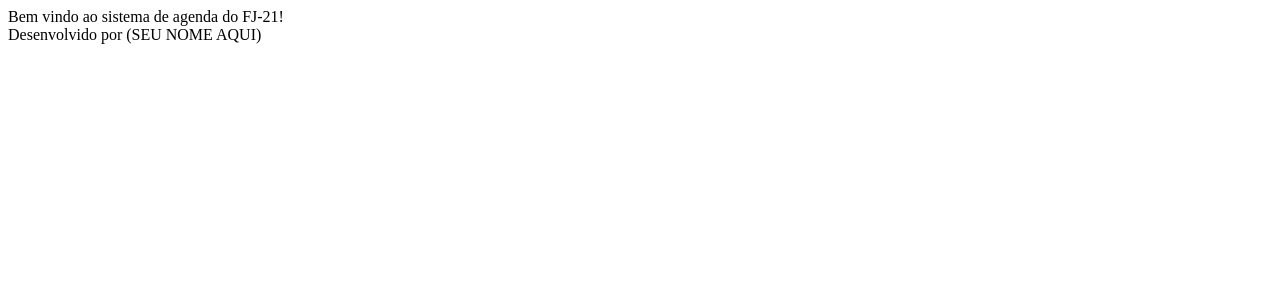
Repository: eduardocorreadesa/progweb
Page: http://localhost/fj21-agenda/bemVindo.jsp
An editor plug-in stored every save of this project. The page is shown before and after the next save, followed by the edit.
The browser window is 1280 px wide. The pictures show the whole page.
The page is served by Tomcat 9. Nobody is signed in. The application's start-up code is not run. Other server files are loaded and not shown.

Above is the page before, as saved 2016-11-07 22:12:58.

### Workspace/fj21-agenda/WebContent/bemVindo.jsp
<%@ page language="java" contentType="text/html; charset=UTF-8"
    pageEncoding="UTF-8"%>
<!DOCTYPE html PUBLIC "-//W3C//DTD HTML 4.01 Transitional//EN" "http://www.w3.org/TR/html4/loose.dtd">
<html>
<head>
<meta http-equiv="Content-Type" content="text/html; charset=UTF-8">
<title>Insert title here</title>
</head>
<body>



  <body>
    <%-- comentário em JSP aqui: nossa primeira página JSP --%>

    <%
      String mensagem = "Bem vindo ao sistema de agenda do FJ-21!";
    %>
    <% out.println(mensagem); %>

    <br />

    <%
      String desenvolvido = "Desenvolvido por (SEU NOME AQUI)";
    %>
    <%= desenvolvido %>

    <br />

    <%
      System.out.println("Tudo foi executado!");
    %>
  </body>



</body>
</html>

After the next save:
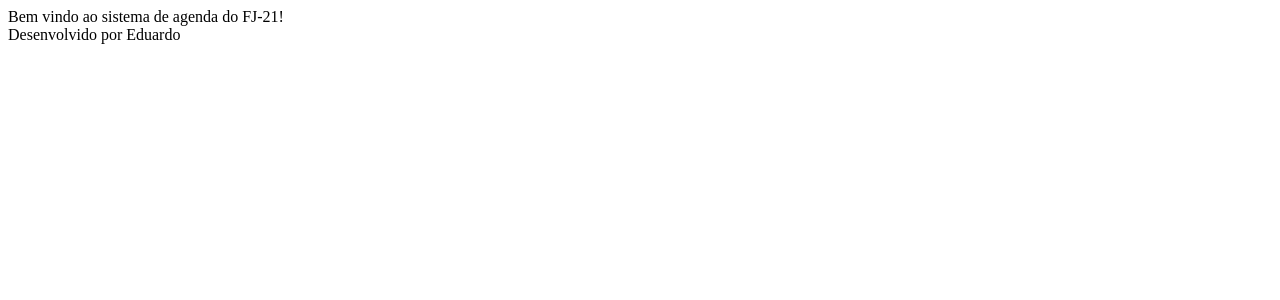
Saved 74 s later.
--- a/Workspace/fj21-agenda/WebContent/bemVindo.jsp
+++ b/Workspace/fj21-agenda/WebContent/bemVindo.jsp
@@ -21,7 +21,7 @@
     <br />
 
     <%
-      String desenvolvido = "Desenvolvido por (SEU NOME AQUI)";
+      String desenvolvido = "Desenvolvido por Eduardo";
     %>
     <%= desenvolvido %>
 
